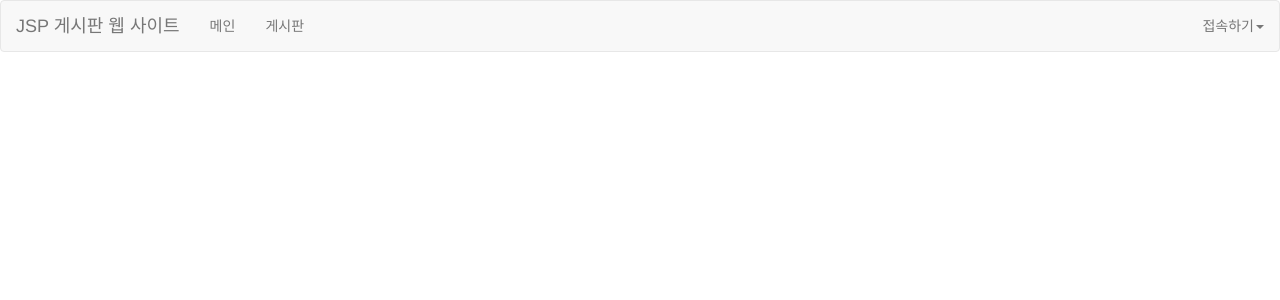
Repository: chyun94/JSP-
Page: http://localhost/BBS/login.jsp
An editor plug-in stored every save of this project. The page is shown before and after the next save, followed by the edit.
The browser window is 1280 px wide. The pictures show the whole page.
Some web libraries are served in a nearby version. The page is served by Tomcat 9.

Above is the page before, as saved 2021-05-07 10:55:41.

After the next save:
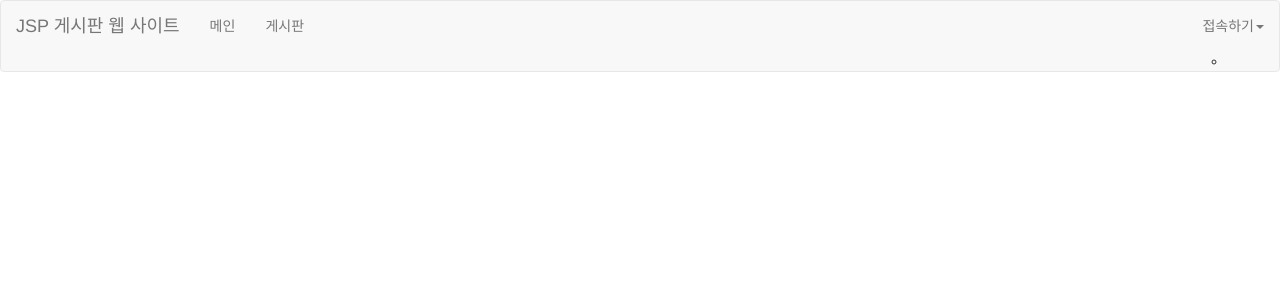
Saved 53 s later.
--- a/BBS/WebContent/login.jsp
+++ b/BBS/WebContent/login.jsp
@@ -35,6 +35,9 @@
 				<a href="#" class="dropdown-toggle"
 				data-toggle="dropdown" role="button" aria-haspopup="true"
 				aria-expanded="false">접속하기<span class="caret"</span></a>
+				<ul>
+					<li class="active"><a href="login.jsp"></a></li>
+				</ul>
 			</li>
 		</ul>
 	</div>
